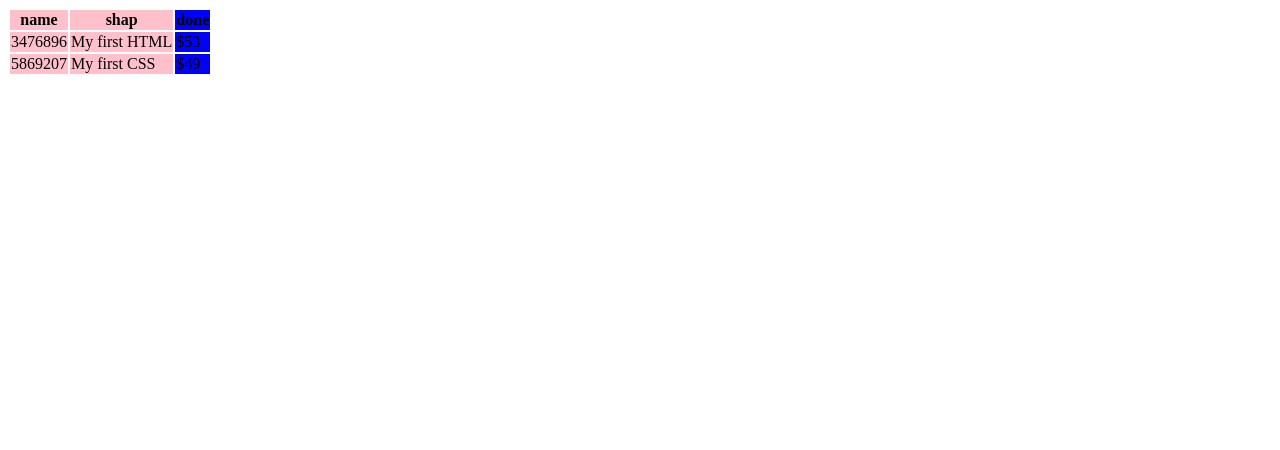
Repository: SnugHAN/eshop_real
Page: eshop_han/gg_shop/WebContent/table_test.html
An editor plug-in stored every save of this project. The page is shown before and after the next save, followed by the edit.
The browser window is 1280 px wide. The pictures show the whole page.

Above is the page before, as saved 2017-05-30 09:13:09.

### eshop_han/gg_shop/WebContent/table_test.html
<!DOCTYPE html PUBLIC "-//W3C//DTD HTML 4.01 Transitional//EN" "http://www.w3.org/TR/html4/loose.dtd">
<html>
<head>
<meta http-equiv="Content-Type" content="text/html; charset=UTF-8">
<title>Insert title here</title>
</head>
<body>
<table>
<colgroup>
<!-- 局限于两色的colgroup -->
<col span="2" style="background-color:pink" >

<col style="background-color:blue">

</colgroup>
<tr>
<th>name</th>
<th>shap</th>
<th>done</th>

</tr>
 <tr>
    <td>3476896</td>
    <td>My first HTML</td>
    <td>$53</td>
  </tr>
  <tr>
    <td>5869207</td>
    <td>My first CSS</td>
    <td>$49</td>
  </tr>
</table>
</body>
</html>

After the next save:
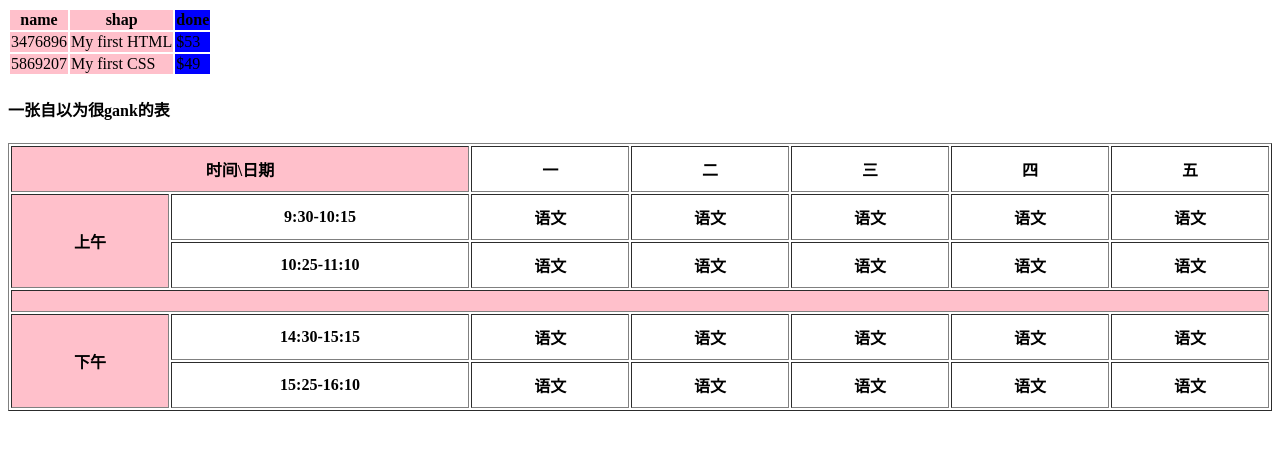
Saved 13 min 15 s later.
--- a/eshop_han/gg_shop/WebContent/table_test.html
+++ b/eshop_han/gg_shop/WebContent/table_test.html
@@ -30,5 +30,59 @@
     <td>$49</td>
   </tr>
 </table>
+<h4>一张自以为很gank的表</h4>
+<table class="time" border="1" cellpadding="10" width="100%">
+<colgroup>
+<col span="1" style="background-color:pink">
+<col style="backgrond-color:green">
+</colgroup>
+<tr>
+ <th colspan="2">时间\日期</th>
+	    <th>一</th>
+	    <th>二</th>
+	    <th>三</th>
+	    <th>四</th>
+	    <th>五</th>
+</tr>
+<tr>
+<th rowspan="2">上午</th>
+	    <th>9:30-10:15</th>
+	    <th>语文</th>
+	    <th>语文</th>
+	    <th>语文</th>
+	    <th>语文</th>
+	    <th>语文</th>
+</tr>
+<tr >
+ <th>10:25-11:10</th>
+	    <th>语文</th>
+	    <th>语文</th>
+	    <th>语文</th>
+	    <th>语文</th>
+	    <th>语文</th>
+	    </tr>
+ <tr>
+    <th colspan="7"></th>
+    </tr>
+
+    <tr>
+	    <th rowspan="2">下午</th>
+	    <th>14:30-15:15</th>
+	    <th>语文</th>
+	    <th>语文</th>
+	    <th>语文</th>
+	    <th>语文</th>
+	    <th>语文</th>
+    </tr>
+
+    <tr>
+	    <th>15:25-16:10</th>
+	    <th>语文</th>
+	    <th>语文</th>
+	    <th>语文</th>
+	    <th>语文</th>
+	    <th>语文</th>
+    </tr>
+</table>
 </body>
 </html>
